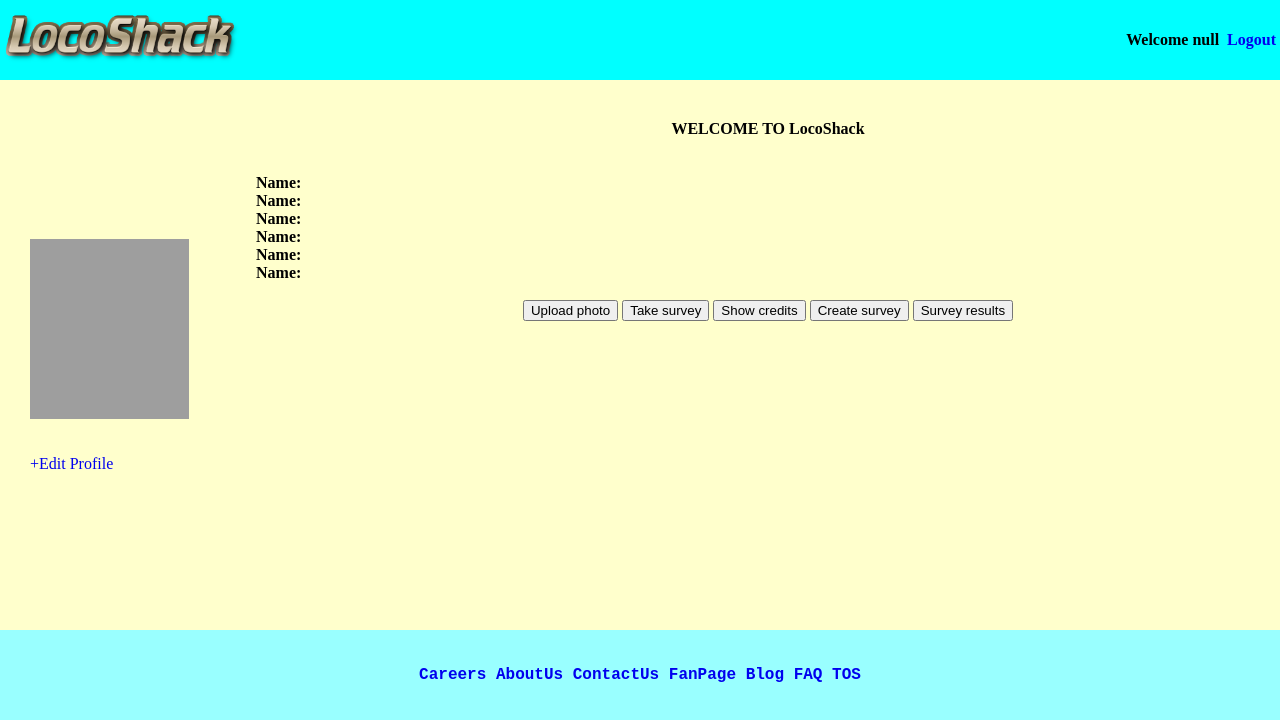
Repository: nicks707/LocoShack_TGMC-project
Page: http://localhost/ram/accmain.jsp
These files come from the project's save history. The page is drawn as it stood at one moment and after the next save; the edit follows.
The browser window is 1280 px wide. The pictures show the whole page.
Pictures or frames that could not be fetched are drawn as grey boxes. The page is served by Tomcat 9. Other server files are loaded and not shown. Queries for data that is not in the repository find no rows.

Above is the page before, as saved 2012-03-20 06:13:46.

### ram/WebContent/accmain.jsp
<%@ page language="java" import="java.sql.*" contentType="text/html; charset=ISO-8859-1"
    pageEncoding="ISO-8859-1"%>
<!DOCTYPE html PUBLIC "-//W3C//DTD HTML 4.01 Transitional//EN" "http://www.w3.org/TR/html4/loose.dtd">
<html>
<head>
<meta http-equiv="Content-Type" content="text/html; charset=ISO-8859-1">
<title>LocoShack-Welcome</title>
<style>
html, body,table
{
  height: 100%;
  width:100%;
}
img#prof{
width:159px;
height:180px;
}


body {margin: 0; padding: 0; background: #ccc;}
.layout {width: 100%; border: none; background: #e6e6e6;}
.layout td {vertical-align: top;}


</style>





</style>
</head>
<body style="margin-top:0px;margin-left:0px;margin-right:0px">
<table  width="100%" cellpadding="0" cellspacing="0"   style="background-color:#FFFFCC">
<tr height="80px"><td colspan="4"><jsp:include page="accheader.jsp"></jsp:include></td></tr>
<tr height="40px"><td colspan="3">&nbsp;</td></tr>
<%

String un=(String)session.getAttribute("id");
String pwd=(String)session.getAttribute("pass");
try{
	Class.forName("com.ibm.db2.jcc.DB2Driver");
	Connection con=DriverManager.getConnection("jdbc:db2://localhost:50000/GEO","db2admin","tgmc");
    Statement st=con.createStatement();
    ResultSet rs=st.executeQuery("select * from db2admin.userdata where un='"+un+"' and pwd='"+pwd+"'");
    while (rs.next()) {

        String fn = rs.getString("fn");
        String ln = rs.getString("ln");
        String sex = rs.getString("sex");
        String dob = rs.getString("dob");
        String city = rs.getString("city");
        String cont = rs.getString("cont");


    }

}
catch(Exception e)
{
out.println("FATAL ERROR");
out.println(e);
}




%>

<tr>
<td class="column" width="20%" style="padding-top:2px;padding-left:30px;">
<!--left column here-->
<img id="prof" src="images/male.jpg"/><br/><br/><br/><div><a href="editprof.jsp">+Edit Profile</a></div>
</td>
<td valign="top" class="content" style="padding-top:0px;">
<center><b>WELCOME TO LocoShack</b></center><br/><br/>
<b>Name:</b><br/>
<b>Name:</b><br/>
<b>Name:</b><br/>
<b>Name:</b><br/>
<b>Name:</b><br/>
<b>Name:</b><br/><br/>
<div align="center"><input id="but" type="button" value="Upload photo" onclick="window.location='upload.jsp'">&nbsp;<input type="button" id="but" value="Take survey" onclick="window.location='takesurvey.jsp'">&nbsp;<input type="button" id="but" value="Show credits" onclick="window.location='showcredits.jsp'">&nbsp;<input type="button" id="but" value="Create survey" onclick="window.location='createsurvey.jsp'">&nbsp;<input type="button" id="but" value="Survey results" onclick="window.location='surveyresults.jsp'"></div>
</td>
</tr>
<tr height="40px"><td colspan="3">&nbsp;</td></tr>
<tr height="50px"><td colspan="4"><jsp:include page="footer.jsp"></jsp:include></td></tr>



</table>
</body>
</html>

### ram/WebContent/accheader.jsp
<%@ page language="java" contentType="text/html; charset=ISO-8859-1"
    pageEncoding="ISO-8859-1"%>
<!DOCTYPE html PUBLIC "-//W3C//DTD HTML 4.01 Transitional//EN" "http://www.w3.org/TR/html4/loose.dtd">
<html>
<head>
<meta http-equiv="Content-Type" content="text/html; charset=ISO-8859-1">
<title>Insert title here</title>
<style>
a{text-decoration: none;}
</style>
</head>
<body style="margin-top:0px;margin-left:0px;margin-right:0px">
<table bgcolor="#00FFFF" width="100%" cellpadding="0" cellspacing="0">
<tr height="80px"><td>&nbsp;<a href="main2.jsp"><img src="images/logo.png" border="0px" height="50px"></img></a></td><td>&nbsp;</td><td align="right"><b>Welcome <%=session.getAttribute("id") %> <a href="logout.jsp">&nbsp;Logout&nbsp;</a><b></b></td></tr>
</table>


</body>

</body>
</html>

### ram/WebContent/footer.jsp
<%@ page language="java" contentType="text/html; charset=ISO-8859-1"
    pageEncoding="ISO-8859-1"%>
<!DOCTYPE html PUBLIC "-//W3C//DTD HTML 4.01 Transitional//EN" "http://www.w3.org/TR/html4/loose.dtd">
<html>
<head>
<meta http-equiv="Content-Type" content="text/html; charset=ISO-8859-1">
<title>Insert title here</title>
</head>
<style>
a{text-decoration:none;}
</style>
<body style="margin-top:0px;margin-left:0px;margin-right:0px;">
<table width=100% border="0px" cellpadding="0px" cellspacing="0px">
<tr    bgcolor="#99FFFF" style="height:90px;">
<td  colspan="3" width="100%"  align="center"> <font color="#330099" face="Courier New, Courier, monospace"><b><a href="careers.jsp">Careers</a> <a href="abtus.jsp">AboutUs</a> <a href="contact.jsp">ContactUs</a> <a href="http://www.facebook.com">FanPage</a> <a href="blog.jsp">Blog</a> <a href="faq.jsp">FAQ</a> <a href="tos.jsp">TOS</a></b></font></td>
</tr>


</table>

</body>
</html>

After the next save:
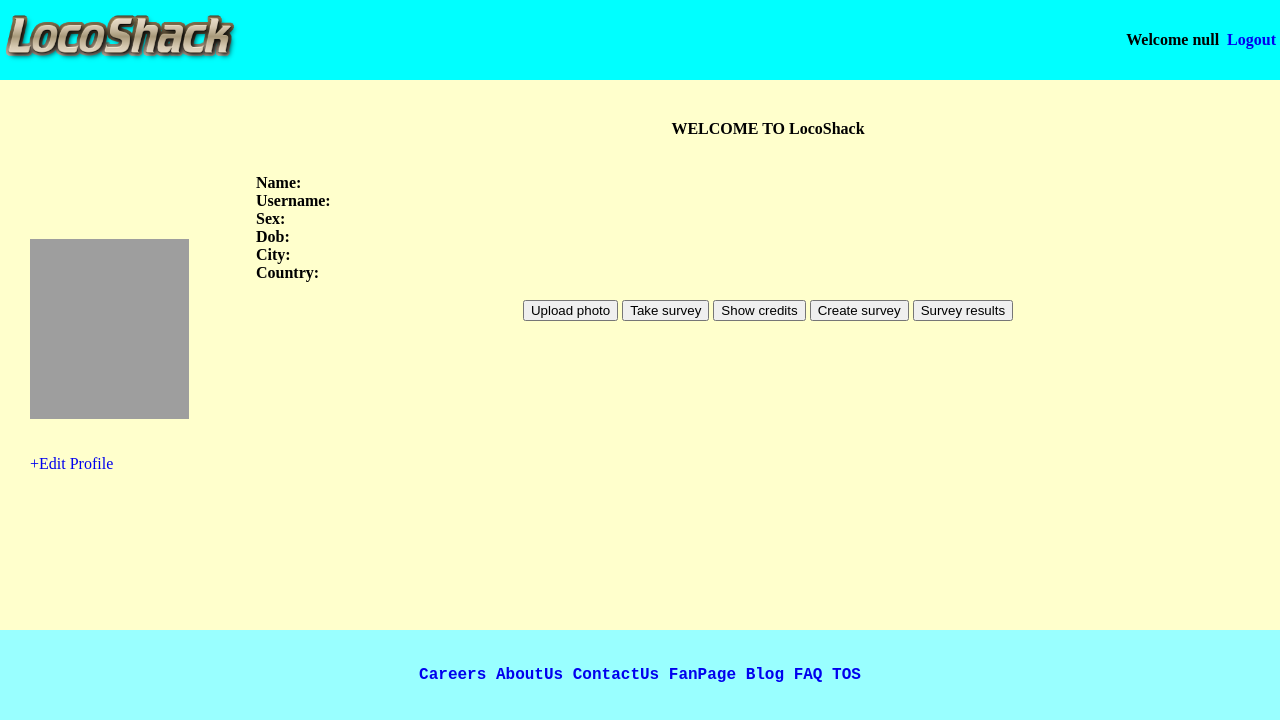
Saved 85 s later.
--- a/ram/WebContent/accmain.jsp
+++ b/ram/WebContent/accmain.jsp
@@ -75,11 +75,11 @@ out.println(e);
 <td valign="top" class="content" style="padding-top:0px;">
 <center><b>WELCOME TO LocoShack</b></center><br/><br/>
 <b>Name:</b><br/>
-<b>Name:</b><br/>
-<b>Name:</b><br/>
-<b>Name:</b><br/>
-<b>Name:</b><br/>
-<b>Name:</b><br/><br/>
+<b>Username:</b><br/>
+<b>Sex:</b><br/>
+<b>Dob:</b><br/>
+<b>City:</b><br/>
+<b>Country:</b><br/><br/>
 <div align="center"><input id="but" type="button" value="Upload photo" onclick="window.location='upload.jsp'">&nbsp;<input type="button" id="but" value="Take survey" onclick="window.location='takesurvey.jsp'">&nbsp;<input type="button" id="but" value="Show credits" onclick="window.location='showcredits.jsp'">&nbsp;<input type="button" id="but" value="Create survey" onclick="window.location='createsurvey.jsp'">&nbsp;<input type="button" id="but" value="Survey results" onclick="window.location='surveyresults.jsp'"></div>
 </td>
 </tr>
